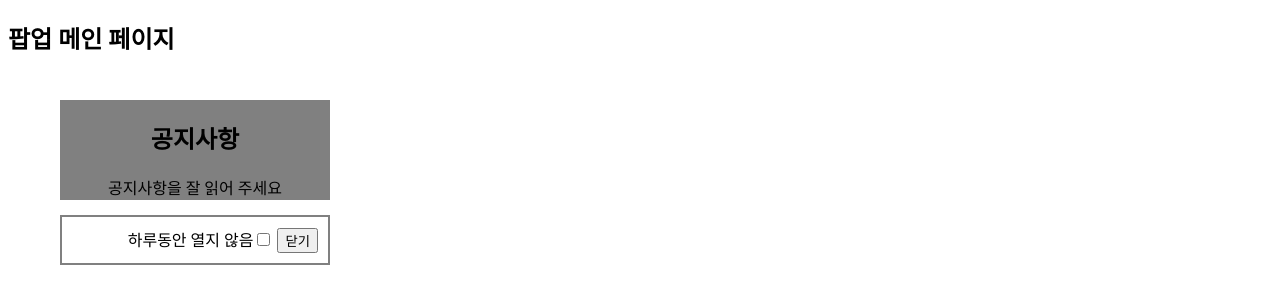
Repository: AHJ2616/Java
Page: http://localhost/board-jsp/04Cookie/PopUpMain_v0.1.jsp
These files come from the project's save history. The page is drawn as it stood at one moment and after the next save; the edit follows.
The browser window is 1280 px wide. The pictures show the whole page.
After loading, the first visible `#closeButton` was clicked once.
The page is served by Tomcat 9.

Above is the page before, as saved 2024-07-24 02:35:07.

After the next save:
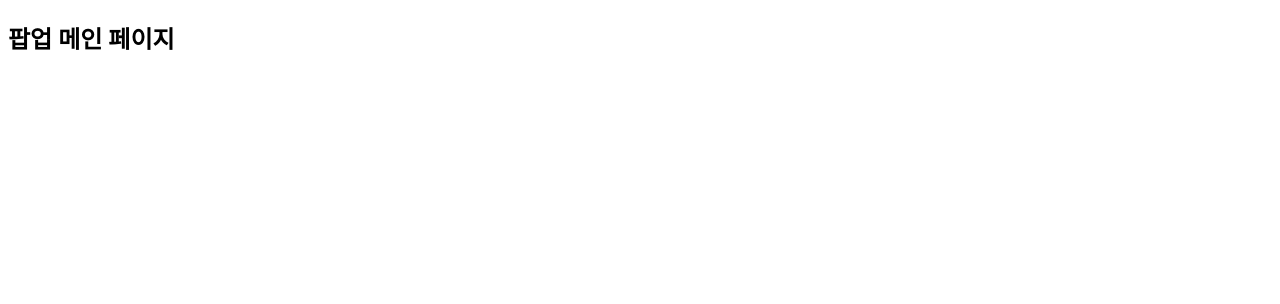
Saved 57 s later.
--- a/jsp_workspace/board-jsp/src/main/webapp/04Cookie/PopUpMain_v0.1.jsp
+++ b/jsp_workspace/board-jsp/src/main/webapp/04Cookie/PopUpMain_v0.1.jsp
@@ -26,7 +26,7 @@ position: relative; background-color: #ffffff; border: 2px solid gray; padding:
 <script>
 $(function() { //jQuery의 기본 프레임
 	$('#closeButton').click(function name() { //id가 closeButton인 객체를 클릭했을때 동작
-
+		$('#popUp').hide(); //div popUp을 숨긴다.
 	})
 
 
